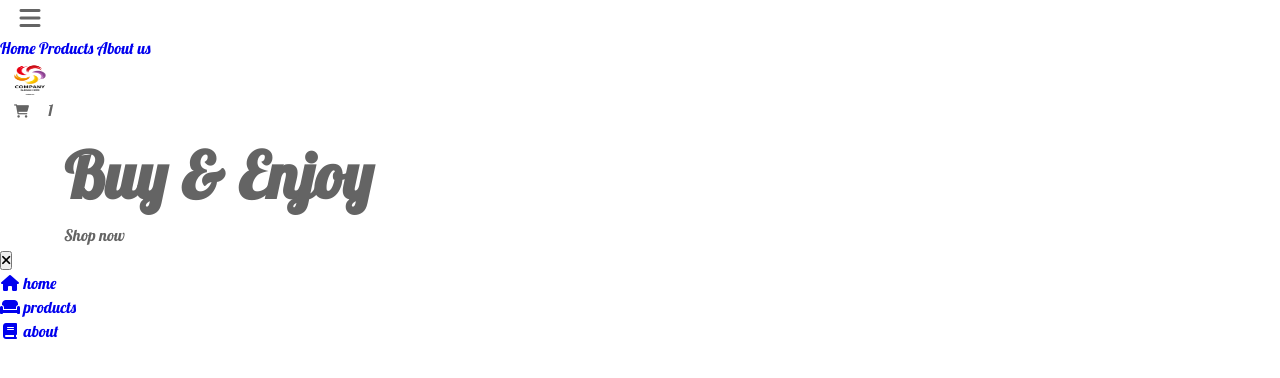
Repository: tetlisna/myprojectJS2
Page: index.html
The author's editor kept a copy of each file at every save. The page is drawn from the files as they stood at one save, then again after a run of saves.
The browser window is 1280 px wide. The pictures show the whole page.
The pointer rests on the first visible `.main-btn`.
Some web fonts or font styles are not loaded; a fallback is used.

Above is the page before, as saved 2022-09-04 19:44:53.

### index.html
<!DOCTYPE html>
<html lang="en">
  <head>
    <meta charset="UTF-8" />
    <meta name="viewport" content="width=device-width, initial-scale=1.0" />
    <link rel="stylesheet" href="/css/style.css" />
    <link
      rel="stylesheet"
      href="https://cdnjs.cloudflare.com/ajax/libs/font-awesome/6.2.0/css/all.min.css"
    />
    <title>E-commers</title>
  </head>
  <body>
    <!-- Nav left -->
    <nav class="navbar">
      <div class="menu-line">
        <div class="wrapper">
          <button class="nav-logo">
            <i class="fa-sharp fa-solid fa-bars"></i>
          </button>
          <a href="#" href="index.html" class="nav-link">Home</a>
          <a href="#" href="products.html" class="nav-link">Products</a>
          <a href="#" href="about-us.html" class="nav-link">About us</a>
        </div>
        <!-- Logo -->
        <img src="/img/logo.png" class="nav-logo" alt="logo" width="100px" />
        <!-- Cart-->
        <div class="cart-side-container">
          <button class="cart-side">
            <i class="fa-sharp fa-solid fa-cart-shopping"></i>
          </button>
          <span class="cart-item-amount">1</span>
        </div>
      </div>
    </nav>

    <!--Main section-->

    <section class="main">
      <div id="main-container">
        <h1 class="text-main">Buy & Enjoy</h1>
        <a href="products.html" class="main-btn"> Shop now </a>
      </div>
    </section>
    <!--Side section-->

    <div class="sidebar-pop-out">
      <aside class="sidebar">
        <!-- close -->
        <button class="sidebar-close">
          <i class="fas fa-times"></i>
        </button>
        <!-- links -->
        <ul class="sidebar-links">
          <li>
            <a href="index.html" class="sidebar-link">
              <i class="fas fa-home fa-fw"></i>
              home
            </a>
          </li>
          <li>
            <a href="products.html" class="sidebar-link">
              <i class="fas fa-couch fa-fw"></i>
              products
            </a>
          </li>
          <li>
            <a href="about.html" class="sidebar-link">
              <i class="fas fa-book fa-fw"></i>
              about
            </a>
          </li>
        </ul>
      </aside>
    </div>
    <script src="script.js"></script>
  </body>
</html>

### css/style.css
@import url('https://fonts.googleapis.com/css2?family=Lobster&family=Qwitcher+Grypen&family=Roboto:wght@300&display=swap');
:root {
    --transition: all 0.3s linear;
    --spacing: 0.1rem;
    --radius: 0.25rem;
    --max-width: 1170px;
    --fixed-width: 620px;
    --white-bg:rgb(255, 255, 255);
    --dark-grey:rgb(100, 100, 100);
    --grey-red:rgb(190, 100, 100);

}

* {
    margin: 0;
    padding: 0;
    box-sizing: border-box;
}
.container {
    max-width: 980px;
    margin: auto;
}
a {
    text-decoration: none;
  }
body {
    font-family: 'Lobster', cursive,'Qwitcher Grypen', cursive,'Roboto', sans-serif;
    background: var(--white-bg);
    color: var(--dark-grey);
    line-height: 1.5;
    font-size: 0.875rem;
}
p {
    margin-bottom: 1.25rem;
    color: var(--dark-grey);
}
.hero-btn {
    color: var(--dark-grey);
}

 @media screen and (min-width: 800px) {
    h1 {
        font-size: 4rem;

    }
    body {
        font-size: 1rem;
    }
 }
.img {
    width: 100%;
    display: block;
}
.main {
    width: 90vw;
    max-width: var(--max-width);
    margin: 0 auto;
}
.main-btn:hover {
    color: var(--red-grey);

}
.cart-side {
    background: var(--clr-primary-5);
    color: var(--clr-white);
    border-radius: var(--radius);
    padding: 0.375rem 0.75rem;
    letter-spacing: var(--spacing);
    display: inline-block;
    transition: var(--transition);
    border-color: transparent;
    cursor: pointer;
  }
  /* .cart-side:hover {
    background: var(--white-bg);
    color: var(--dark-grey);
  } */
.nav-logo {
    background: var(--clr-primary-5);
    border-color: transparent;
    color: var(--clr-white);
    width: 3.75rem;
    height: 2.25rem;
    display: flex;
    align-items: center;
    justify-content: center;
    font-size: 1.5rem;
    border-radius: 2rem;
    cursor: pointer;
    transition: var(--transition);
}

### script.js
class User {
	constructor (name, balance){
		this.name = name,
		this.balance = balance
	}
	showOrderHistory(sortWay, fieldName, totalAmount, orderDate){

	}
	getCart(){
		return this.cart;
	}
	addOrder(){
		return this.order;
	}

}
class Order{
	constructor (order, totalPrice, date){
		this.order = order,
		this.price = totalPrice,
		this.date = date
	}

}

After the next 2 saves:
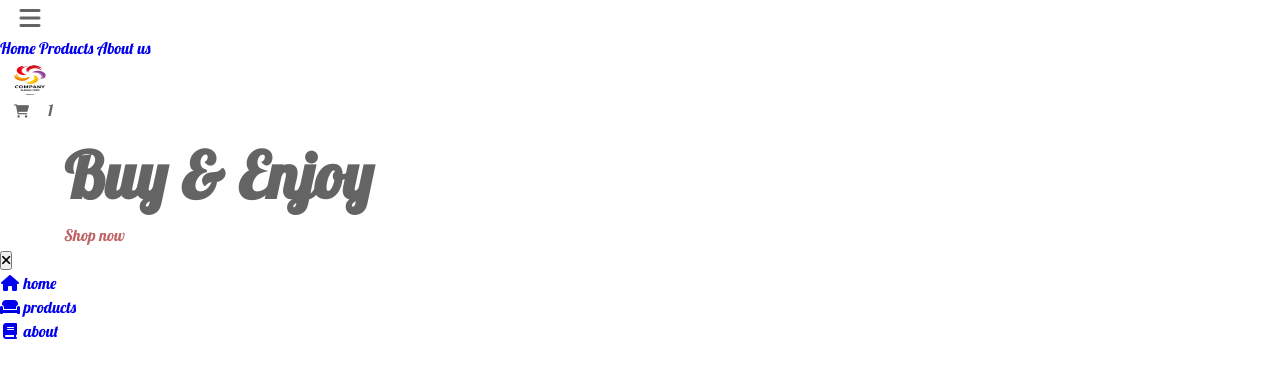
The 2 saves are shown as one change because they came seconds apart.
The last was saved 9 s later.
--- a/css/style.css
+++ b/css/style.css
@@ -57,7 +57,7 @@ p {
     margin: 0 auto;
 }
 .main-btn:hover {
-    color: var(--red-grey);
+    color: var(--grey-red);
 
 }
 .cart-side {
